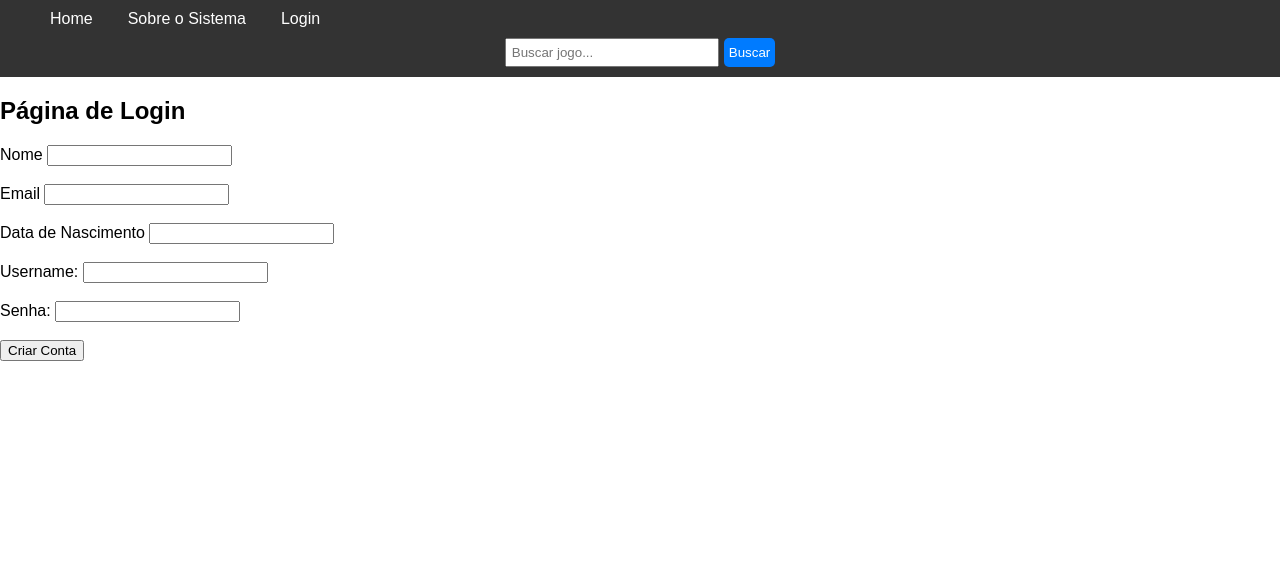
Repository: lucasparila/JogosEletronicos
Page: http://localhost/JogosEletronicos/view/criar-conta.jsp
The author's editor kept a copy of each file at every save. The page is drawn from the files as they stood at one save, then again after the next save.
The browser window is 1280 px wide. The pictures show the whole page.
The page is served by Tomcat 9. Other server files are loaded and not shown.

Above is the page before, as saved 2025-05-17 18:51:38.

### JogosEletronicos/src/main/webapp/view/criar-conta.jsp
<%@ page contentType="text/html; charset=UTF-8" pageEncoding="UTF-8" %>
<!DOCTYPE html>
<html>
<head>
    <title>Criar Conta</title>
    <link rel="stylesheet" href="<%= request.getContextPath() %>/css/header.css">
</head>
<body>



	<jsp:include page="header.jsp" />
    <h2 class="titulo-conta">Página de Login</h2>
    <form class="form-conta" action="<%= request.getContextPath() %>/criar-conta" method="post" method="get">

    	<label>Nome</label>
    	 <input type="text" name="nome" required><br><br>

    	 <label>Email</label>
    	 <input type="email" name="email" required><br><br>

    	 <label>Data de Nascimento</label>
    	 <input type="text" name="dataNascimento" required><br><br>


        <label>Username:</label>
        <input type="text" name="username" required><br><br>

        <label>Senha:</label>
        <input type="text" name="senha" required><br><br>

        <input type="submit" value="Criar Conta">
    </form>

### JogosEletronicos/src/main/webapp/view/header.jsp
<%@ page contentType="text/html; charset=UTF-8" pageEncoding="UTF-8" session="true" %>
<!DOCTYPE html>
<html>
<head>
    <title>Header</title>
    <link rel="stylesheet" href="<%= request.getContextPath() %>/css/header.css">
</head>
<body>

<%
    String username = (String) session.getAttribute("username");
    String contextPath = request.getContextPath();
%>

<header>
    <nav class="navbar">

            <% if (username != null) { %>
            	 <ul class="menu">
            		<li><a href="<%= contextPath %>/index.jsp">Home</a></li>
            		<li><a href="<%= contextPath %>/view/sobre-sistema.jsp">Sobre o Sistema</a></li>
            		<li><a href="<%= contextPath %>/view/exibirJogo.jsp">Meus jogos</a></li>
            		<li class="usuario"><span class="saudacao"><%= username %>!</span></li>
               		<li class="sair"><a href="<%= contextPath %>/logout" class="logout">Sair</a></li>
       			 </ul>

            <% } else { %>
           		 <ul class="menu">
           			 <li><a href="<%= contextPath %>/index.jsp">Home</a></li>
            		 <li><a href="<%= contextPath %>/view/sobre-sistema.jsp">Sobre o Sistema</a></li>
            		 <li><a href="<%= contextPath %>/view/login.jsp">Login</a></li>
       			 </ul>

            <% } %>
    </nav>

    <!-- Campo de busca -->
    <form action="<%= contextPath %>/buscar-jogo" method="post" class="search-form">
        <input type="text" name="titulo" placeholder="Buscar jogo..." required>
        <button type="submit">Buscar</button>
    </form>
</header>

</body>
</html>

### JogosEletronicos/src/main/webapp/css/header.css
body, html {
    margin: 0;
    padding: 0;
    font-family: Arial, sans-serif;
}

header {
    background-color: #333;
    padding: 10px;
    display: flex;
    flex-direction: column;
    align-items: center;
}

.navbar {
    display: flex;
    justify-content: space-between;
    width: 100%;
    max-width: 1200px;
    align-items: center;
}

.menu {
    list-style: none;
    padding: 0;
    margin: 0;
    display: flex;
}

.menu li {
    margin-right: 15px;
}

.menu li a {
    color: #fff;
    text-decoration: none;
    padding: 5px 10px;
    transition: background-color 0.3s;
}

.menu li a:hover {
    background-color: #555;
}

.usuario{
	margin-left: 700px;
}

.sair{
	margin-left: 800px;
}
.search-form {
    margin-top: 10px;
    display: flex;
    justify-content: center;
    width: 100%;
}

.search-form input[type="text"] {
    padding: 5px;
    margin-right: 5px;
    width: 200px;
}

.search-form button {
    padding: 5px;
    background-color: #007bff;
    color: #fff;
    border: none;
    cursor: pointer;
    border-radius: 5px;
}

.search-form button:hover {
    background-color: #0056b3;
}

### JogosEletronicos/src/main/webapp/css/criar-conta.css
.form-conta {
    display: block;
    max-width: 400px;
    margin: auto;
}

.titulo-conta{
	margin-left: 700px;
}

.form-conta input[type="text"],
.form-conta textarea,
.form-conta input[type="file"] {
    width: 100%;
    padding: 8px;
    margin-bottom: 10px;
}
.form-conta button,
.form-conta input[type="submit"] {
    padding: 8px;
    background-color: #007bff;
    color: white;
    border: none;
    cursor: pointer;
}

After the next save:
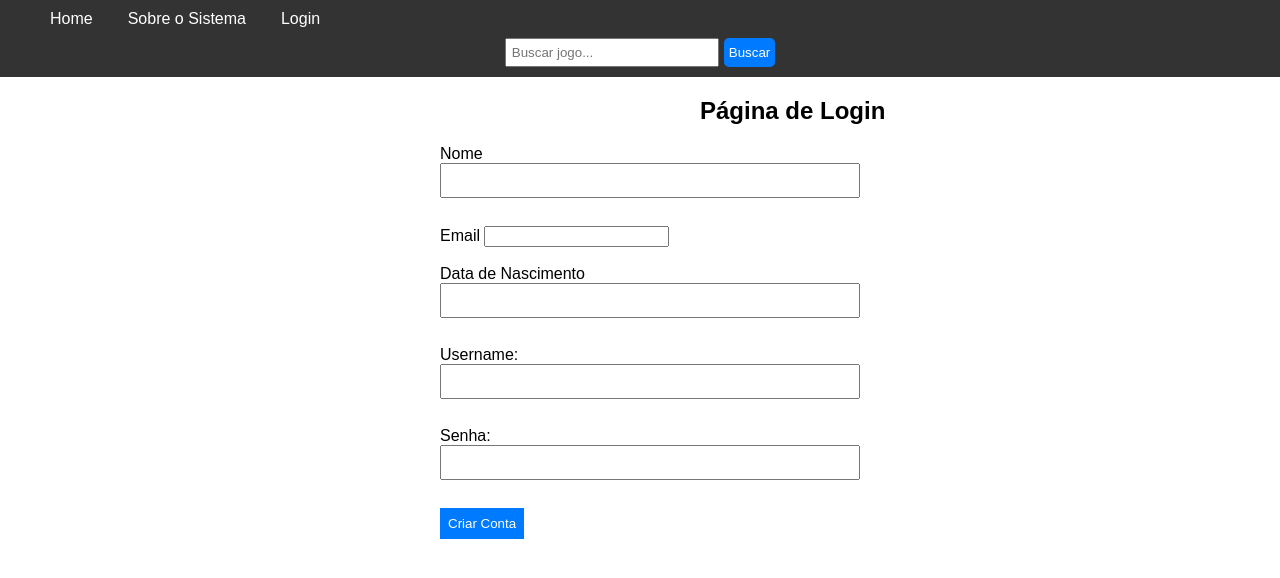
Saved 48 s later.
--- a/JogosEletronicos/src/main/webapp/view/criar-conta.jsp
+++ b/JogosEletronicos/src/main/webapp/view/criar-conta.jsp
@@ -4,6 +4,7 @@
 <head>
     <title>Criar Conta</title>
     <link rel="stylesheet" href="<%= request.getContextPath() %>/css/header.css">
+    <link rel="stylesheet" href="<%= request.getContextPath() %>/css/criar-conta.css">
 </head>
 <body>
 
